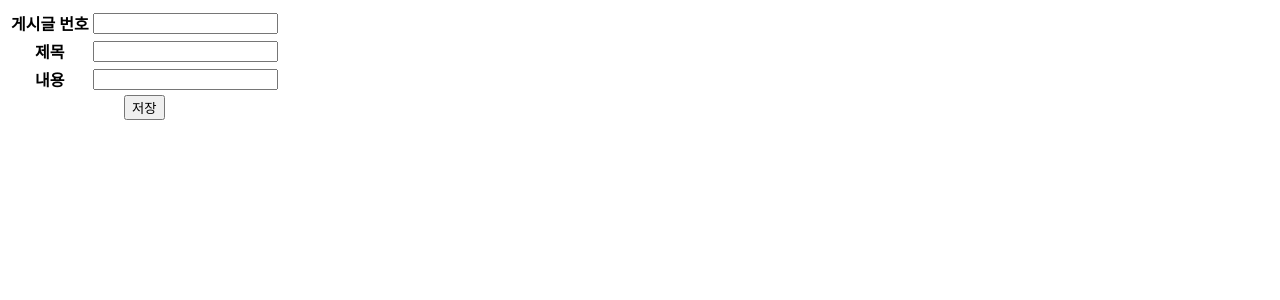
Repository: dnjfvnf123/eGovframework
Page: http://localhost/myproject1/boardWrite.jsp
An editor plug-in stored every save of this project. The page is shown before and after the next save, followed by the edit.
The browser window is 1280 px wide. The pictures show the whole page.
The page is served by Tomcat 9. Nobody is signed in. The application's start-up code is not run. Other server files are loaded and not shown.

Above is the page before, as saved 2024-02-05 06:03:46.

### myproject1/src/main/webapp/boardWrite.jsp
<%@ page language="java" contentType="text/html; charset=UTF-8"
    pageEncoding="UTF-8"%>
<!DOCTYPE html PUBLIC "-//W3C//DTD HTML 4.01 Transitional//EN" "http://www.w3.org/TR/html4/loose.dtd">
<html>
<head>
<meta http-equiv="Content-Type" content="text/html; charset=UTF-8">
<title>Insert title here</title>
</head>
<body>

<form name="frm" method = "post" action = "">
<table>
	<tr>
		<th>게시글 번호</th>
		<td><input type ="text" name = "deptno"></td>
	</tr>

	<tr>
		<th>제목</th>
		<td><input type ="text" name = "title"></td>
	</tr>

	<tr>
		<th>내용</th>
		<td><input type ="text" name = "content"></td>
	</tr>

	<tr>
		<th colspan = "2">
		<button type = "submit">저장</button>
		</th>
	</tr>
</table>
</form>

</body>
</html>

After the next save:
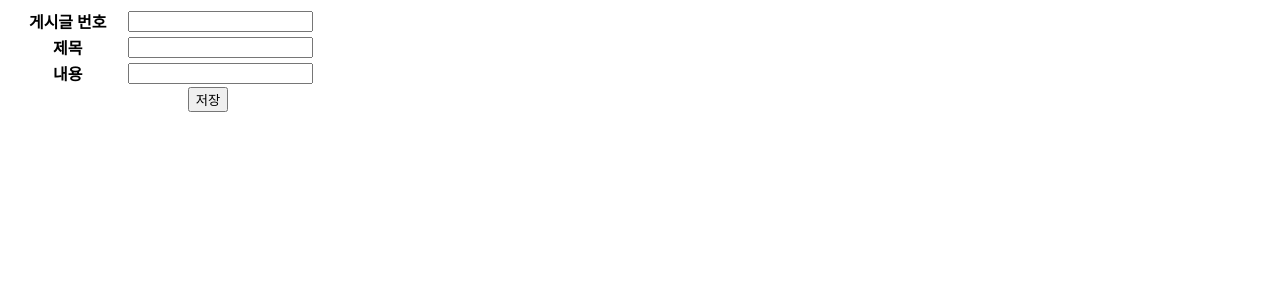
Saved 72 s later.
--- a/myproject1/src/main/webapp/boardWrite.jsp
+++ b/myproject1/src/main/webapp/boardWrite.jsp
@@ -6,6 +6,18 @@
 <meta http-equiv="Content-Type" content="text/html; charset=UTF-8">
 <title>Insert title here</title>
 </head>
+<style>
+table {
+	width:400px;
+ 	border-collapse:collapse;
+}
+
+
+
+</style>
+
+
+
 <body>
 
 <form name="frm" method = "post" action = "">
